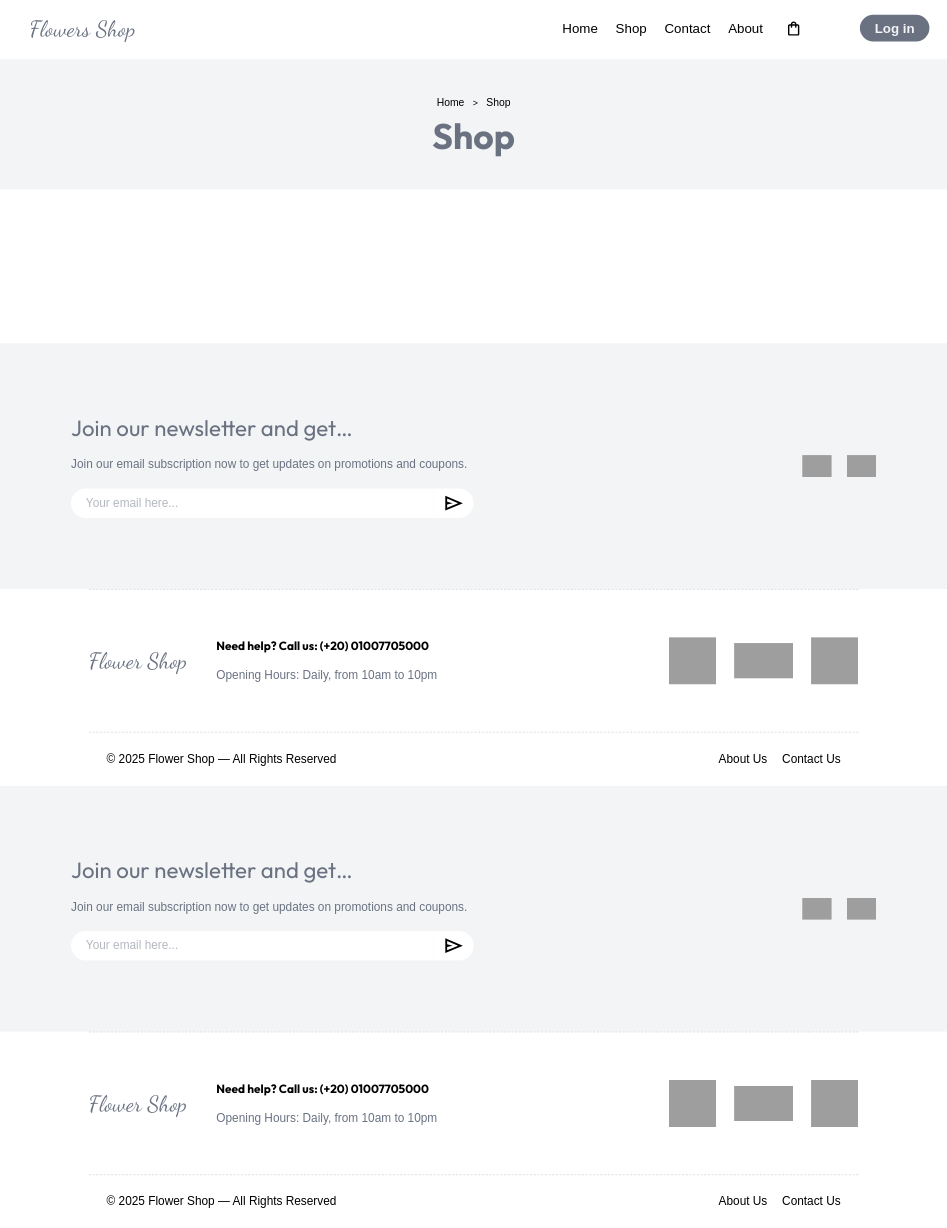
Repository: NotDebugger/flowers-shop
Page: /shop
These files come from the project's save history. The page is drawn as it stood at one moment and after the next save; the edit follows.
The browser window is 1280 px wide. The pictures show the whole page, at 74% of full size.
Pictures or frames that could not be fetched are drawn as grey boxes. The page's requests for data from a server got no answer. Some web fonts or font styles are not loaded; a fallback is used. The project was rebuilt for these pictures with package versions that can differ from the ones it lists, and the page was loaded fresh each time. No one was signed in, and anything a server would have sent is missing. Also part of the build but not shown: vite.config.js, src/contexts/cartContext.js, src/hooks/useCart.js, src/components/ProductCard.jsx, src/pages/ProductPage.jsx, src/pages/Cart.jsx, src/components/FeaturedProducts.jsx, src/pages/Home.jsx and 5 more.

Above is the page before, as saved 2026-04-06 15:07:18.

### index.html
<!DOCTYPE html>
<html lang="en">
  <head>
    <meta charset="UTF-8" />
    <meta name="viewport" content="width=device-width, initial-scale=1.0" />
    <link rel="icon" href="https://img.freepik.com/premium-vector/pink-flowers-logo-design-concept-vector-art-illustration_761413-39098.jpg" />
    <link rel="preconnect" href="https://fonts.googleapis.com" />
    <link rel="preconnect" href="https://fonts.gstatic.com" crossorigin />
    <link
      href="https://fonts.googleapis.com/css2?family=Dancing+Script:wght@400..700&family=Libre+Baskerville:ital,wght@0,400;0,700;1,400&family=Neucha&family=Outfit:wght@100..900&display=swap"
      rel="stylesheet"
    />

    <title>Flowers Shop</title>
  </head>
  <body>
    <div id="root"></div>
    <script type="module" src="/src/main.jsx"></script>
  </body>
</html>

### src/main.jsx
import { StrictMode } from 'react'
import { createRoot } from 'react-dom/client'
import ReactDOM from "react-dom/client"
import './index.css'
import App from './App.jsx'

createRoot(document.getElementById('root')).render(
  <StrictMode>
    <App />
  </StrictMode>,
)

### src/index.css
@import "tailwindcss";
:root {
  font-family: system-ui, Avenir, Helvetica, Arial, sans-serif;
  line-height: 1.5;
  font-weight: 400;



  font-synthesis: none;
  text-rendering: optimizeLegibility;
  -webkit-font-smoothing: antialiased;
  -moz-osx-font-smoothing: grayscale;
}

### src/App.jsx
import "./App.css";
import React, { useState, useEffect } from "react";
import { BrowserRouter as Router, Routes, Route } from "react-router-dom";
import Navbar from "./components/Navbar";
import Shop from "./pages/Shop";
import ProductPage from "./pages/ProductPage";
import Cart from "./pages/Cart";
import Home from "./pages/Home";
import Contact from "./pages/Contact";
import About from "./pages/About";
import Login from "./pages/Login";
import PasswordForgot from "./pages/PasswordForgot";
import Signup from "./pages/Signup";
import Footer from "./components/Footer";

export default function App() {
  const [cart, setCart] = useState([]);
  const [products, setProducts] = useState([]);

  useEffect(() => {
    fetch(
      "https://raw.githubusercontent.com/Crazy-53/Flowers-Shop/refs/heads/main/src/data/products.json",
    )
      .then((res) => res.json())
      .then((data) => setProducts(data));
  }, []);

  return (
    <Router>
      <Navbar />
      <Routes>
        <Route path="/" element={<Home />} />
        <Route
          path="/shop"
          element={<Shop cart={cart} setCart={setCart} products={products} />}
        />
        <Route path="/contact" element={<Contact />} />
        <Route path="/about" element={<About />} />
        <Route path="/login" element={<Login />} />
        <Route path="/password-forgot" element={<PasswordForgot />} />
        <Route path="/sign-up" element={<Signup />} />
        <Route
          path="/product/:id"
          element={
            <ProductPage cart={cart} setCart={setCart} products={products} />
          }
        />
        <Route path="/cart" element={<Cart cart={cart} setCart={setCart} />} />
      </Routes>
      <Footer />
    </Router>
  );
}

### src/App.css
:root {
  font-family: "Neucha", sans-serif;
}
.family {
  font-family: "Dancing Script", sans-serif;
}
.outfit {
  font-family: "Outfit", sans-serif;
}
.h1-title {
  font-family: "Libre Baskerville", sans-serif;
}
button:hover {
  cursor: pointer;
}

### src/components/Navbar.jsx
import { Link } from "react-router-dom";
import { useState } from "react";

export default function Navbar() {
  const [open, setOpen] = useState(false);

  return (
    <>
      {/* Blur Background */}
      {open && (
        <div
          onClick={() => setOpen(false)}
          className="fixed inset-0 bg-black/30 backdrop-blur-sm z-10 md:hidden"
        />
      )}

      <div className="nav flex justify-between pl-10 pr-6 py-5 w-full fixed top-0 bg-white z-20">

        <Link to="/" className="family text-3xl text-gray-500">
          Flowers Shop
        </Link>

        {/* Mobile Button */}
        <div className="flex gap-5 md:hidden">
          <Link
              to="/login"
              onClick={() => setOpen(false)}
              className="text-lg px-5 py-2 text-gray-100 font-bold bg-gray-500 hover:text-gray-500 hover:bg-gray-100 duration-300 rounded-full"
            >
              Log in
          </Link>

        <button
          className="flex flex-col justify-center items-center w-10 h-10 relative z-20"
          onClick={() => setOpen(!open)}
        >
          <span
            className={`h-1 w-8 bg-black rounded transition-all duration-300 ${
              open ? "rotate-45 translate-y-2" : ""
            }`}
          />
          <span
            className={`h-1 w-8 bg-black rounded my-1 transition-all duration-300 ${
              open ? "opacity-0" : "opacity-100"
            }`}
          />
          <span
            className={`h-1 w-8 bg-black rounded transition-all duration-300 ${
              open ? "-rotate-45 -translate-y-2" : ""
            }`}
          />
        </button>
        </div>

        {/* Desktop Nav */}
        <ul className="hidden md:flex gap-6">
          <li className="hover:scale-120 hover:text-gray-500 self-center duration-200">
            <Link to="/" className="text-lg">Home</Link>
          </li>

          <li className="hover:scale-120 hover:text-gray-500 self-center duration-200">
            <Link to="/shop" className="text-lg">Shop</Link>
          </li>

          <li className="hover:scale-120 hover:text-gray-500 self-center duration-200">
            <Link to="/contact" className="text-lg">Contact</Link>
          </li>

          <li className="hover:scale-120 hover:text-gray-500 self-center duration-200">
            <Link to="/about" className="text-lg">About</Link>
          </li>

          <li className="self-center">
            <Link
              to="/cart"
              className="hover:bg-gray-500 duration-200 rounded-full flex justify-center items-center"
            >
              <svg
                className="inline hover:fill-white p-1.5 duration-200"
                xmlns="http://www.w3.org/2000/svg"
                height="35px"
                viewBox="0 -960 960 960"
                width="35px"
                fill="#000000"
              >
                <path d="M240-80q-33 0-56.5-23.5T160-160v-480q0-33 23.5-56.5T240-720h80q0-66 47-113t113-47q66 0 113 47t47 113h80q33 0 56.5 23.5T800-640v480q0 33-23.5 56.5T720-80H240Zm0-80h480v-480h-80v80q0 17-11.5 28.5T600-520q-17 0-28.5-11.5T560-560v-80H400v80q0 17-11.5 28.5T360-520q-17 0-28.5-11.5T320-560v-80h-80v480Zm160-560h160q0-33-23.5-56.5T480-800q-33 0-56.5 23.5T400-720ZM240-160v-480 480Z" />
              </svg>
            </Link>
          </li>

          <li className="self-center">
            <Link
              to="/login"
              className="text-lg ml-12 px-5 py-2 text-gray-100 font-bold bg-gray-500 hover:text-gray-500 hover:bg-gray-100 duration-300 rounded-full"
            >
              Log in
            </Link>
          </li>
        </ul>

        {/* Mobile Nav */}
        <div
          className={`md:hidden absolute top-full left-0 w-full bg-white shadow-md transition-all duration-300 overflow-hidden ${
            open ? "max-h-96 py-4" : "max-h-0 py-0"
          }`}
        >
          <ul className="flex flex-col items-center gap-4">
            <Link to="/" onClick={() => setOpen(false)} className="text-lg">Home</Link>
            <Link to="/shop" onClick={() => setOpen(false)} className="text-lg">Shop</Link>
            <Link to="/contact" onClick={() => setOpen(false)} className="text-lg">Contact</Link>
            <Link to="/about" onClick={() => setOpen(false)} className="text-lg">About</Link>
            <Link
              to="/cart"
              onClick={() => setOpen(false)}
              className="text-lg flex items-center gap-2"
            >
              Cart
            </Link>
          </ul>
        </div>
      </div>
    </>
  );
}

### src/pages/Shop.jsx
import ProductCard from "../components/ProductCard";
import Footer from "../components/Footer";
import { Link } from "react-router-dom";

export default function Shop({ cart, setCart, products }) {
  const handleAdd = (product) => {
    if (!cart.find((item) => item.id === product.id)) {
      setCart([...cart, product]);
    }
  };
  return (
    <>
      <div className="mt-20 p-12 text-center bg-gray-100">
        <div className="mb-3 text-sm">
          <Link to="/" className="hover:text-gray-500 duration-300">Home</Link>
          <span className="text-xs mx-2"> &gt; </span>
          <span>Shop</span>
        </div>
        <h1 className="text-gray-500 text-5xl font-bold outfit">Shop</h1>
      </div>
      <div className="p-6 grid grid-cols-1 sm:grid-cols-2 md:grid-cols-3 gap-6 lg:mx-28 my-20">
        {products.map((p) => (
          <ProductCard key={p.id} p={p} cart={cart} onAdd={handleAdd} />
        ))}
      </div>
      <Footer />
    </>
  );
}

### src/components/Footer.jsx
import { Link } from "react-router-dom";

export default function Footer() {
  return (
    <>
      <div className="bg-gray-100 py-16 px-10 md:p-24 flex flex-col md:flex-row gap-10 justify-between text-gray-500">
        <div className="w-full md:w-1/2">
          <h2 className="text-2xl md:text-3xl mb-5 outfit">
            Join our newsletter and get…
          </h2>

          <p className="mb-5">
            Join our email subscription now to get updates on promotions and
            coupons.
          </p>

          <form className="flex w-full">
            <input
              type="email"
              placeholder="Your email here..."
              className="bg-white px-5 py-2 outline-0 w-full rounded-l-full"
            />
            <button className="bg-white px-3 rounded-r-full">
              <svg
                className="inline hover:fill-gray-500 hover:-rotate-45 duration-300"
                xmlns="http://www.w3.org/2000/svg"
                height="30px"
                viewBox="0 -960 960 960"
                width="30px"
                fill="#000"
              >
                <path d="M120-160v-640l760 320-760 320Zm80-120 474-200-474-200v140l240 60-240 60v140Zm0 0v-400 400Z" />
              </svg>
            </button>
          </form>
        </div>

        {/* Social Icons */}
        <div className="grid grid-cols-2 gap-5 justify-center items-center w-1/4 md:w-auto">
          <a href="https://www.facebook.com" className="flex justify-center">
            <img
              src="https://i.postimg.cc/mkZLV9nt/facebook.png"
              alt=""
              className="w-10 hover:w-8 duration-200 hover:opacity-70"
            />
          </a>

          <a href="https://www.instagram.com" className="flex justify-center">
            <img
              src="https://i.postimg.cc/sxfjKWLW/instagram.png"
              alt=""
              className="w-10 hover:w-8 duration-200 hover:opacity-70"
            />
          </a>
        </div>
      </div>

      <div className="flex flex-col md:flex-row justify-between mx-5 md:mx-30 py-10 md:py-16 border-t border-b border-dashed border-gray-300 gap-10">
        <div className="flex flex-col md:flex-row md:items-center">
          <h1 className="family text-3xl text-gray-500 text-center md:text-left">
            Flower Shop
          </h1>

          <div className="md:ml-10 mt-5 md:mt-0 text-center md:text-left">
            <p className="font-bold mb-4 outfit">
              Need help? Call us: (+20) 01007705000
            </p>
            <p className="text-gray-500">
              Opening Hours: Daily, from 10am to 10pm
            </p>
          </div>
        </div>

        {/* Payment Icons */}
        <div className="flex justify-center md:justify-end gap-6 items-center">
          <img src="https://i.postimg.cc/Df5y0CWW/visa.png" alt="" className="w-16 h-16" />
          <img src="https://i.postimg.cc/kGMJwSHn/card.png" alt="" className="w-20 h-12" />
          <img
            src="https://i.postimg.cc/W3wpM85z/american-express.png"
            alt=""
            className="w-16 h-16"
          />
        </div>
      </div>

      <footer className="p-6 mx-5 md:mx-30 flex flex-col md:flex-row justify-between text-center md:text-left gap-5">
        <p>© 2025 Flower Shop — All Rights Reserved</p>

        <div className="flex gap-5 justify-center md:justify-end">
          <Link to="/about" className="hover:text-gray-500 duration-300">
            About Us
          </Link>
          <Link to="/contact" className="hover:text-gray-500 duration-300">
            Contact Us
          </Link>
        </div>
      </footer>
    </>
  );
}

After the next save:
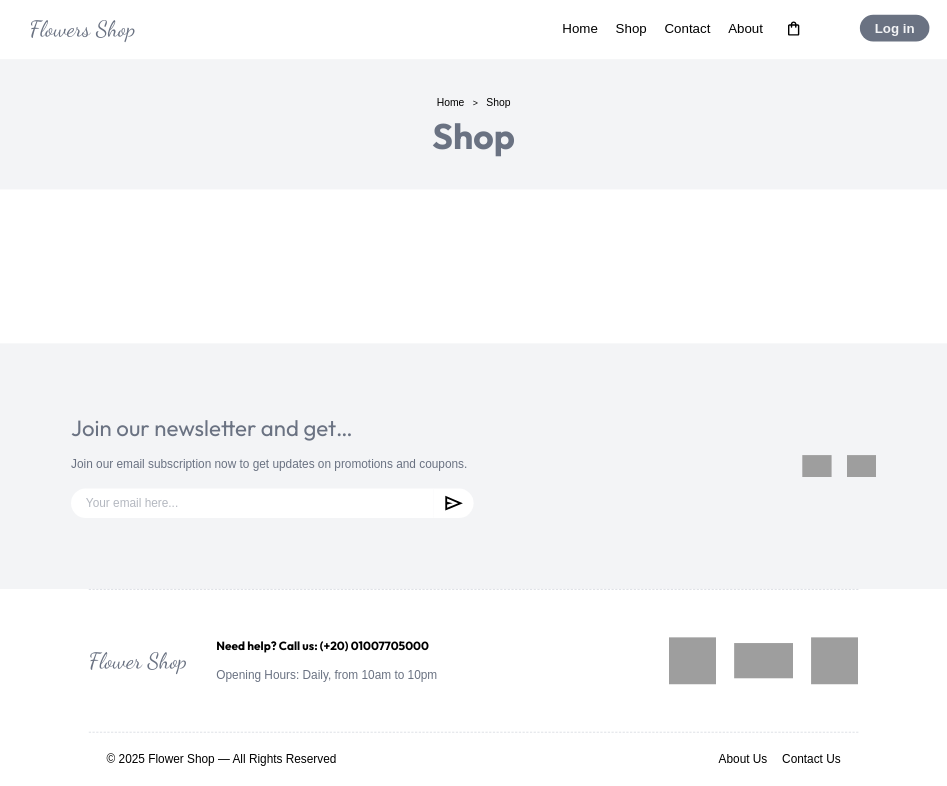
Saved 13 s later.
--- a/src/pages/Shop.jsx
+++ b/src/pages/Shop.jsx
@@ -1,5 +1,4 @@
 import ProductCard from "../components/ProductCard";
-import Footer from "../components/Footer";
 import { Link } from "react-router-dom";
 
 export default function Shop({ cart, setCart, products }) {
@@ -12,7 +11,9 @@ export default function Shop({ cart, setCart, products }) {
     <>
       <div className="mt-20 p-12 text-center bg-gray-100">
         <div className="mb-3 text-sm">
-          <Link to="/" className="hover:text-gray-500 duration-300">Home</Link>
+          <Link to="/" className="hover:text-gray-500 duration-300">
+            Home
+          </Link>
           <span className="text-xs mx-2"> &gt; </span>
           <span>Shop</span>
         </div>
@@ -23,7 +24,6 @@ export default function Shop({ cart, setCart, products }) {
           <ProductCard key={p.id} p={p} cart={cart} onAdd={handleAdd} />
         ))}
       </div>
-      <Footer />
     </>
   );
 }
